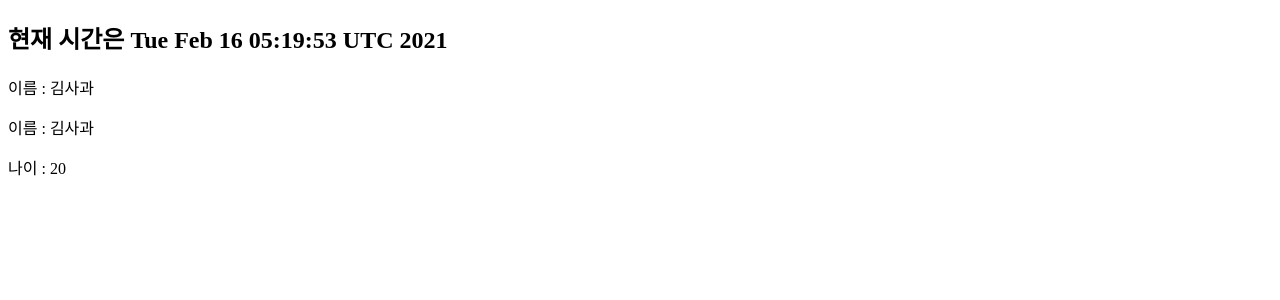
Repository: leebo-ram/Jsp
Page: http://localhost/Variable/Variable1.jsp
The author's editor kept a copy of each file at every save. The page is drawn from the files as they stood at one save, then again after the next save.
The browser window is 1280 px wide. The pictures show the whole page.
The page is served by Tomcat 9.

Above is the page before, as saved 2021-02-16 05:35:48.

### Day1/Variable/WebContent/Variable1.jsp
<%@ page language="java" contentType="text/html; charset=UTF-8"
    pageEncoding="UTF-8"%>
<%@ page import="java.util.Date" %>
<%
	String name = "김사과";
	int age = 20;
	double height = 160.5;

%>
<!DOCTYPE html>
<html>
<head>
<meta charset="UTF-8">
<title>JSP 변수</title>
</head>
<body>
	<h2>현재 시간은 <%=new Date() %></h2>
	<p> 이름 : <%=name%></p>
<%
	out.println("<p>이름 : " + name + "</p>");
	out.println("<p>나이 : " + age + "</p>");

	if(age > 19){

	}
%>

<!--실행키 : ctrl + F11  -->

</body>
</html>

After the next save:
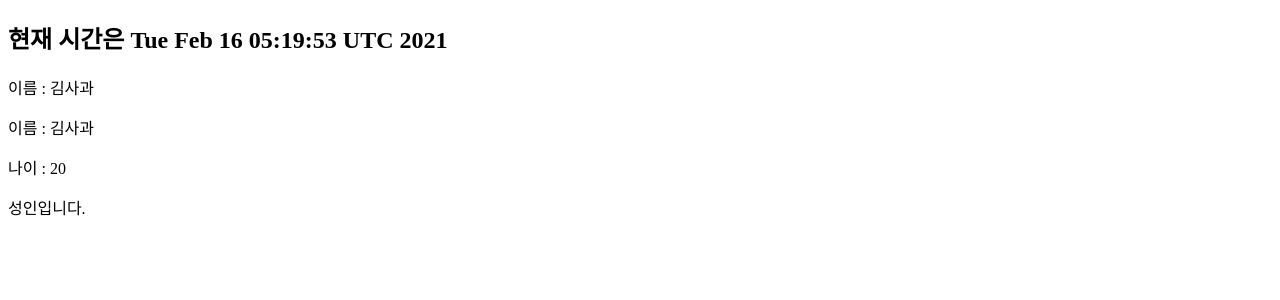
Saved 34 s later.
--- a/Day1/Variable/WebContent/Variable1.jsp
+++ b/Day1/Variable/WebContent/Variable1.jsp
@@ -21,8 +21,8 @@
 	out.println("<p>나이 : " + age + "</p>");
 
 	if(age > 19){
-
-	}
+		out.println("<p>성인입니다.</p>");
+	}else
 %>
 
 <!--실행키 : ctrl + F11  -->
